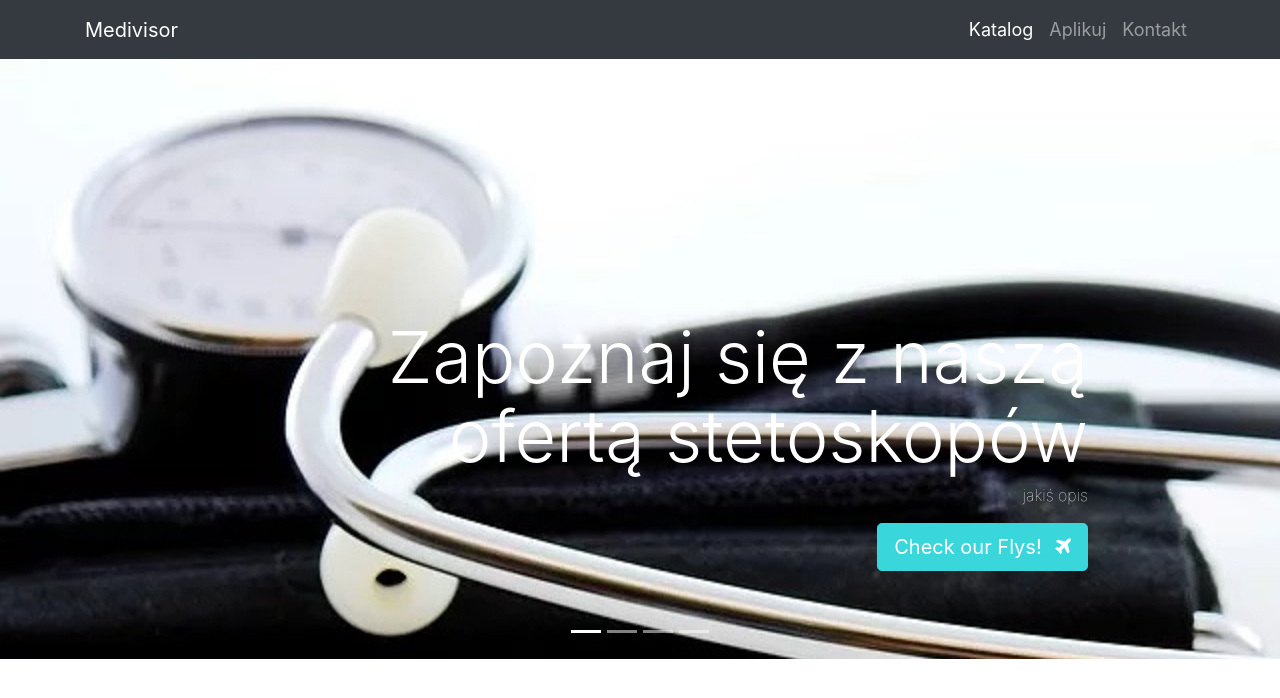
Repository: petrificustotalus/serwisy
Page: src/index.html
The author's editor kept a copy of each file at every save. The page is drawn from the files as they stood at one save, then again after the next save.
The browser window is 1280 px wide. The pictures show the whole page.

Above is the page before, as saved 2020-05-07 16:28:16.

### src/index.html
<!DOCTYPE html>
<html class="no-js" lang="en">
    <head>
        <meta http-equiv="x-ua-compatible" content="ie=edge">
	    <meta name="viewport" content="width=device-width, initial-scale=1.0" />
        <link rel="stylesheet" href="css/font-awesome.min.css">
        <link rel="stylesheet" href="css/bootstrap.css">
        <link rel="stylesheet" href="css/style.css">
        <title>Globetrooter v.2</title>
    </head>

    <body>
        <nav class="navbar navbar-expand-sm navbar-dark bg-dark">
            <div class="container">
                <a href="index.html" class="navbar-brand">Medivisor</a>
                <button class="navbar-toggler" data-toggle="collapse" data-target="#navNavbar"><span class="navbar-toggler-icon"></span></button>
                <div class="collapse navbar-collapse" id="navbarNav">
                    <ul class="navbar-nav ml-auto">
                        <li class="nav-item active">
                            <a href="index.html" class="nav-link">Katalog</a>
                        </li>
                        <li class="nav-item">
                            <a href="flys.html" class="nav-link">Aplikuj</a>
                        </li>
                        <li class="nav-item">
                            <a href="company.html" class="nav-link">Kontakt</a>
                        </li>
                    </ul>
                </div>
            </div>
        </nav>

        <!--SHOWCASE SLIDER-->
        <section id="showcase">
            <div id="someCarousel" class="carousel slide">
                <ol class="carousel-indicators">
                    <li data-target="#someCarousel" data-slide-to="0" class="active"></li>
                    <li data-target="#someCarousel" data-slide-to="1"></li>
                    <li data-target="#someCarousel" data-slide-to="2"></li>
                    <li data-target="#someCarousel" data-slide-to="3"></li>
                </ol>
                <div class="carousel-inner">
                    <div class="carousel-item carousel-image-1 active">
                        <div class="container">
                            <div class="carousel-caption d-none d-sm-block text-right mb-5">
                                <h1 class="display-3">Zapoznaj się z naszą ofertą stetoskopów</h1>
                                <p>jakiś opis</p>
                                <a href="#" class="btn btn-primary btn-lg">Check our Flys! <i class="fa fa-plane ml-2"></i></a>
                            </div>
                        </div>
                    </div>

                    <div class="carousel-item carousel-image-2">
                        <div class="container">
                            <div class="carousel-caption d-none d-sm-block text-right mb-5">
                                <h1 class="display-3">Zapoznaj się z naszą ofertą ....</h1>
                                <p>jakiś opis</p>
                                <a href="#" class="btn btn-primary btn-lg">Let's go there! <i class="fa fa-plane ml-2"></i></a>
                            </div>
                        </div>
                    </div>

                    <div class="carousel-item carousel-image-3">
                        <div class="container">
                            <div class="carousel-caption d-none d-sm-block text-right mb-5">
                                <h1 class="display-3">Nasza aparatuda do ...</h1>
                                <p>jakiś opis</p>
                                <a href="#" class="btn btn-primary btn-lg">I love it! <i class="fa fa-plane ml-2"></i></a>
                            </div>
                        </div>
                    </div>

                    <div class="carousel-item carousel-image-4">
                        <div class="container">
                            <div class="carousel-caption d-none d-sm-block text-right mb-5">
                                <h1 class="display-3">Coś jeszcze</h1>
                                <p>jakiś opis</p>
                                <a href="#" class="btn btn-primary btn-lg">Let's drink! <i class="fa fa-plane ml-2"></i></a>
                            </div>
                        </div>
                    </div>
                </div>
            </div>
        </section>

        <script src="js/jquery.min.js"></script>
        <script src="js/popper.min.js"></script>
        <script src="js/bootstrap.min.js"></script>
    </body>
</html>

### src/css/style.css
.navbar .nav-link {
  font-size: 18px;
  padding-left: 1em;
  padding-right: 1em; }

.carousel-item {
  height: 600px;
  width: cover; }

#showcase p {
  font-weight: 100;
  font-size: 30pxpx;
  text-shadow: 2px 2px 0 rgba(0, 0, 0, 0.1); }

.carousel-image-1 {
  background-image: url(../image/8.jpg); }

.carousel-image-2 {
  background-image: url(../image/8.jpg); }

.carousel-image-3 {
  background-image: url(../image/8.jpg); }

.carousel-image-4 {
  background-image: url(../image/8.jpg); }

Loaded but not shown: src/css/font-awesome.min.css (library); src/css/bootstrap.css (library); src/js/jquery.min.js (library); src/js/popper.min.js (library); src/js/bootstrap.min.js (library)

After the next save:
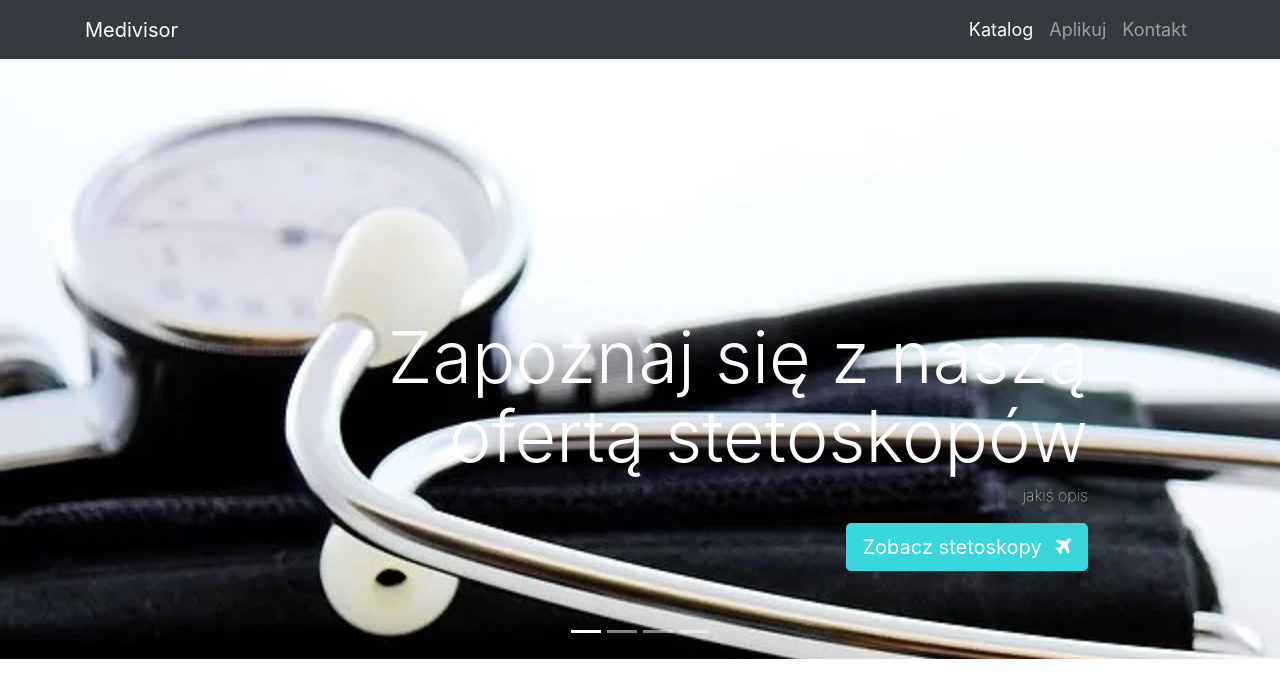
Saved 114 s later.
--- a/src/index.html
+++ b/src/index.html
@@ -45,7 +45,7 @@
                             <div class="carousel-caption d-none d-sm-block text-right mb-5">
                                 <h1 class="display-3">Zapoznaj się z naszą ofertą stetoskopów</h1>
                                 <p>jakiś opis</p>
-                                <a href="#" class="btn btn-primary btn-lg">Check our Flys! <i class="fa fa-plane ml-2"></i></a>
+                                <a href="#" class="btn btn-primary btn-lg">Zobacz stetoskopy <i class="fa fa-plane ml-2"></i></a>
                             </div>
                         </div>
                     </div>
@@ -55,7 +55,7 @@
                             <div class="carousel-caption d-none d-sm-block text-right mb-5">
                                 <h1 class="display-3">Zapoznaj się z naszą ofertą ....</h1>
                                 <p>jakiś opis</p>
-                                <a href="#" class="btn btn-primary btn-lg">Let's go there! <i class="fa fa-plane ml-2"></i></a>
+                                <a href="#" class="btn btn-primary btn-lg">Przejdź do oferty <i class="fa fa-plane ml-2"></i></a>
                             </div>
                         </div>
                     </div>
